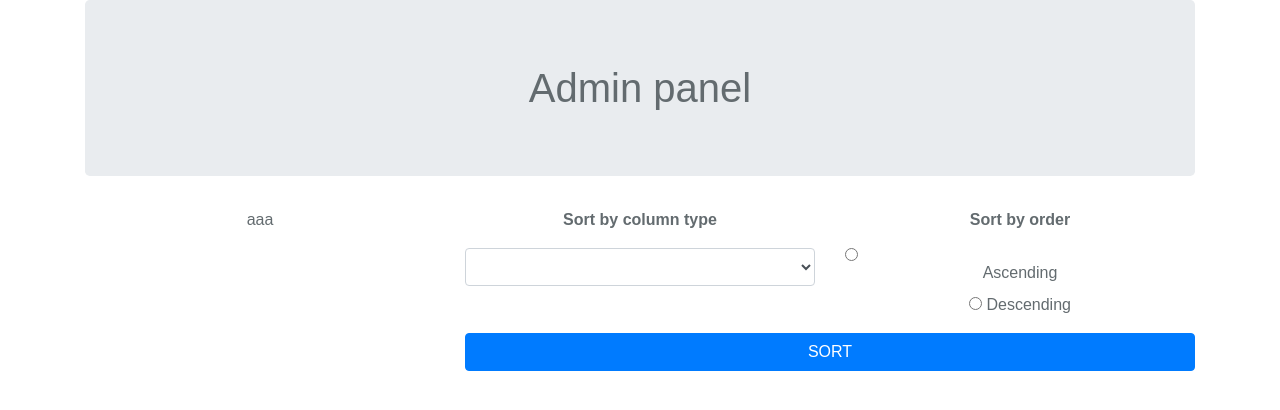
Repository: WOLVGVNG/gameclan
Page: resources/views/admin_panel.blade.php
These files come from the project's save history. The page is drawn as it stood at one moment and after the next save; the edit follows.
The browser window is 1280 px wide. The pictures show the whole page.
The page is served by the project's Laravel application, run on PHP 8.4 with Laravel 8. Other server files are loaded and not shown. The template is opened directly, without the code that normally fills it, so the values that code supplies are empty.

Above is the page before, as saved 2019-03-19 23:03:50.

### routes/web.php
<?php

/*
|--------------------------------------------------------------------------
| Web Routes
|--------------------------------------------------------------------------
|
| Here is where you can register web routes for your application. These
| routes are loaded by the RouteServiceProvider within a group which
| contains the "web" middleware group. Now create something great!
|
*/

Route::get('/', 'AdminPanelController@index');

### resources/views/admin_panel.blade.php
@extends('layout.app')
@section('content')
<div class='container text-center'>
    <h1 class='jumbotron'>Admin panel</h1>
    <form action='/' method='GET'>
        <div class='row'>
            <div class='col-md-4'>
                <p>aaa</p>
            </div>
            <div class='col-md-8'>
                <div class='row'>
                    <div class='col'>
                        <p class='font-weight-bold'>Sort by column type</p>
                        <select class='form-control' name='sort_type' value='{{ session('sort_type') }}'>
                            <option>{{ session('sort_type') }}</option>
                            <option>id</option>
                            <option>user_name</option>
                            <option>email</option>
                            <option>active</option>
                            <option>banned</option>
                            <option>notifiable_email</option>
                            <option>email_verified_at</option>
                            <option>points</option>
                            <option>steam_id</option>
                            <option>facebook_id</option>
                            <option>google_id</option>
                            <option>geo</option>
                            <option>lang</option>
                            <option>ref</option>
                            <option>ref_status</option>
                            <option>ref_code</option>
                            <option>deleted_at</option>
                            <option>created_at</option>
                            <option>updated_at</option>
                        </select>
                    </div>
                    <div class='col'>
                        <p class='font-weight-bold'>Sort by order</p>
                        <input type='radio' class='form-check' name='sort_order' value='asc' id='asc'
                                @if(session('sort_order') == 'asc') echo checked @endif>
                        <label for='asc'>Ascending</label>
                        <br>
                        <input type='radio' name='sort_order' value='desc' id='desc'
                                @if(session('sort_order') == 'desc') echo checked @endif>
                        <label for='desc'>Descending</label>
                    </div>
                </div>
                <div class='row mt-2 mb-5'>
                    <div class='col-12'>
                        <button type='submit' class='btn btn-block btn-primary'>SORT</button>
                    </div>
                </div>
            </form>

            @foreach($users as $user)
                <div class='row mb-5'>
                    <div class='user-part-div col'>
                        <p class='font-weight-bold'>id</p>
                        <p>{{$user->id}}</p>
                    </div>
                    <div class='user-part-div col'>
                        <p class='font-weight-bold'>user_name</p>
                        <p>{{$user->user_name}}</p>
                    </div>
                    <div class='user-part-div col'>
                        <p class='font-weight-bold'>email</p>
                        <p>{{$user->email}}</p>
                    </div>
                    @if($user->active === 1)
                        <div class='user-part-div col d-flex align-items-center'>
                            <p class='font-weight-bold'>active</p>
                        </div>
                    @endif
                    @if($user->banned === 1)
                    <div class='user-part-div col d-flex align-items-center'>
                        <p class='font-weight-bold'>banned</p>
                    </div>
                    @endif
                    @if(isset($user->email_verified_at))
                        <div class='user-part-div col'>
                            <p class='font-weight-bold'>email_verified_at</p>
                            <p>{{$user->email_verified_at}}</p>
                        </div>
                    @endif
                    @if(isset($user->email_verified_at))
                        <div class='user-part-div col'>
                            <p class='font-weight-bold'>remember_token</p>
                            <p>{{$user->remember_token}}</p>
                        </div>
                    @endif
                    <div class='user-part-div col'>
                        <p class='font-weight-bold'>avatar</p>
                        <p>{{$user->avatar}}</p>
                    </div>
                    <div class='user-part-div col'>
                        <p class='font-weight-bold'>points</p>
                        <p>{{$user->points}}</p>
                    </div>
                    @if(isset($user->steam_id))
                        <div class='user-part-div col'>
                            <p class='font-weight-bold'>steam_id</p>
                            <p>{{$user->steam_id}}</p>
                        </div>
                    @endif
                    @if(isset($user->facebook_id))
                        <div class='user-part-div col'>
                            <p class='font-weight-bold'>facebook_id</p>
                            <p>{{$user->facebook_id}}</p>
                        </div>
                    @endif
                    @if(isset($user->google_id))
                        <div class='user-part-div col'>
                            <p class='font-weight-bold'>google_id</p>
                            <p>{{$user->google_id}}</p>
                        </div>
                    @endif
                    <div class='user-part-div col'>
                        <p class='font-weight-bold'>geo</p>
                        <p>{{$user->geo}}</p>
                    </div>
                    <div class='user-part-div col'>
                        <p class='font-weight-bold'>lang</p>
                        <p>{{$user->lang}}</p>
                    </div>
                    @if(isset($user->ref))
                        <div class='user-part-div col'>
                            <p class='font-weight-bold'>ref</p>
                            <p>{{$user->ref}}</p>
                        </div>
                    @endif
                    @if(isset($user->ref_status))
                        <div class='user-part-div col'>
                            <p class='font-weight-bold'>ref_status</p>
                            <p>{{$user->ref_status}}</p>
                        </div>
                    @endif
                    <div class='user-part-div col'>
                        <p class='font-weight-bold'>ref_code</p>
                        <p>{{$user->ref_code}}</p>
                    </div>
                    @if(isset($user->deleted_at))
                        <div class='user-part-div col'>
                            <p class='font-weight-bold'>deleted_at</p>
                            <p>{{$user->deleted_at}}</p>
                        </div>
                    @endif
                    <div class='user-part-div col'>
                        <p class='font-weight-bold'>created_at</p>
                        <p>{{$user->created_at}}</p>
                    </div>
                    @if(isset($user->updated_at))
                        <div class='user-part-div col'>
                            <p class='font-weight-bold'>updated_at</p>
                            <p>{{$user->updated_at}}</p>
                        </div>
                    @endif
                </div>
            @endforeach
        </div>
    </div>
</div>
@endsection

### resources/views/layout/app.blade.php
<!doctype html>
<html lang="{{ str_replace('_', '-', app()->getLocale()) }}">
    <head>
        <meta charset="utf-8">
        <meta name="viewport" content="width=device-width, initial-scale=1">

        <title>Laravel</title>

        <link rel="stylesheet" href="https://stackpath.bootstrapcdn.com/bootstrap/4.3.1/css/bootstrap.min.css" integrity="sha384-ggOyR0iXCbMQv3Xipma34MD+dH/1fQ784/j6cY/iJTQUOhcWr7x9JvoRxT2MZw1T" crossorigin="anonymous">

        <style>
            html, body {
                background-color: #fff;
                color: #636b6f;
                font-family: 'Nunito', sans-serif;
                font-weight: 200;
                height: 100vh;
                margin: 0;
            }

            .user-part-div {
                border: 3px solid gray;
            }
        </style>
    </head>
    <body>
        @yield('content')

    </body>
</html>

After the next save:
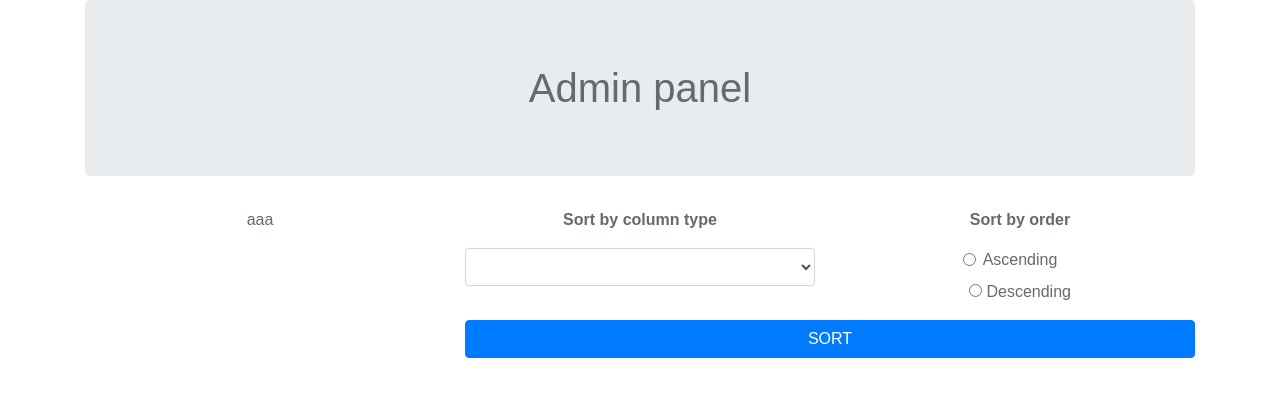
Saved 12 s later.
--- a/resources/views/admin_panel.blade.php
+++ b/resources/views/admin_panel.blade.php
@@ -36,7 +36,7 @@
                     </div>
                     <div class='col'>
                         <p class='font-weight-bold'>Sort by order</p>
-                        <input type='radio' class='form-check' name='sort_order' value='asc' id='asc'
+                        <input type='radio' class='form-check-input' name='sort_order' value='asc' id='asc'
                                 @if(session('sort_order') == 'asc') echo checked @endif>
                         <label for='asc'>Ascending</label>
                         <br>
